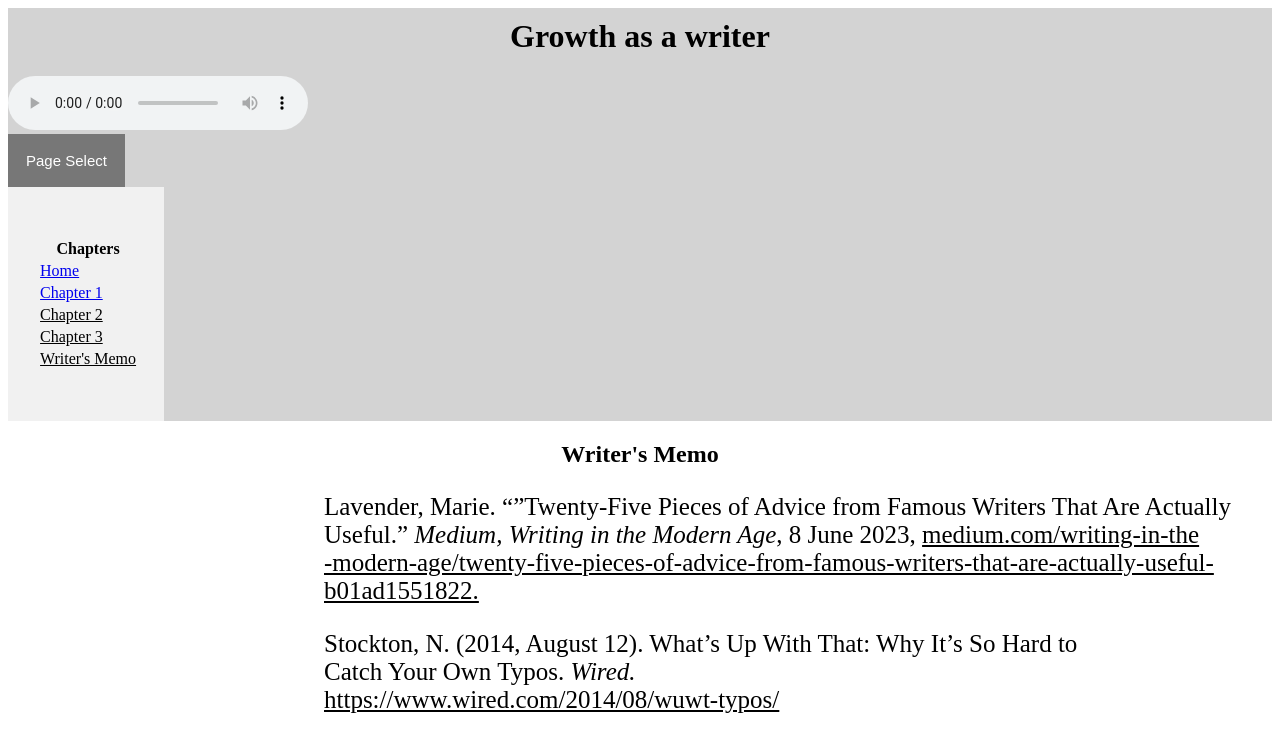
Repository: jpaisiem/WP-4
Page: WorksCited.html
An editor plug-in stored every save of this project. The page is shown before and after the next save, followed by the edit.
The browser window is 1280 px wide. The pictures show the whole page.

Above is the page before, as saved 2025-05-01 12:10:46.
Console error: TypeError: Cannot read properties of undefined (reading 'toggle')

### WorksCited.html
<!DOCTYPE html>
<html>
<head>
<meta name="viewport" content="width=device-width, initial-scale=1">
<style>
.collapsible {
  background-color: #777;
  color: white;
  cursor: pointer;
  padding: 18px;
  width: fit-content;
  border: none;
  text-align: left;
  outline: none;
  font-size: 15px;
}

.active, .collapsible:hover {
  background-color: #555;
}

.content {
  display: flex;
  flex-direction: column;
  overflow: hidden;
  background-color: #f1f1f1;
  width: fit-content;
  height: fit-content;
  padding-left: 2.3%;
  padding-right: 2%;
}
p
{
 font-size: 25px;
 text-align: left;
 margin-left:25%;
}
li
{
 font-size: 25px;
 text-align: left;
 margin-left: 5%;

}
</style>
<title>Growth as a writer - Chapter 3</title>
</head>
<body>
    <div style="background-color: lightgray; display: flex; flex-direction: column; margin-top: 0%;">
        <h1 style="text-align: center; background-color: lightgray; padding-top: 10px; margin-top: 0%;">Growth as a writer</h1>
        <div style="align-items: center;">
        <audio controls>
            <source src="audio.mp3" type="audio/mpeg">
        </audio>
        </div>
<button type="button" class="collapsible">Page Select</button>
<div class="content">
  <p><table>
    <tr>
        <th>Chapters</th>
    </tr>
    <tr>
        <td><a href="index.html">Home</a></td>
    </tr>
    <tr>
        <td><a href="Chapter1.html">Chapter 1</a></td>
    </tr>
     <tr>
        <td><a href="Chapter2.html" style="color: black;">Chapter 2</a></td>
    </tr>
    <tr>
        <td><a href="Chapter3.html" style="color: black;">Chapter 3</a></td>
    </tr>
    <tr>
        <td><a href="WritersMemo.html" style="color: black;">Writer&apos;s Memo</a></td>
    </tr>
  </table></p>
</div>
    </div>
<div style="text-align: center;">
     <h2 style="text-align: center;">Writer&apos;s Memo</h2>
     <p>
    Lavender, Marie. <q></q>Twenty-Five Pieces of Advice from Famous Writers That Are Actually <br>
    Useful.” <i>Medium, Writing in the Modern Age</i>, 8 June 2023, <u>medium.com/writing-in-the<br>
    -modern-age/twenty-five-pieces-of-advice-from-famous-writers-that-are-actually-useful-<br>
    b01ad1551822.</u><br>
</p>
<p>
  Stockton, N. (2014, August 12). What’s Up With That: Why It’s So Hard to <br>
  Catch Your Own Typos. <i>Wired.</i> <br>
  <u>https://www.wired.com/2014/08/wuwt-typos/</u><br>
</p>
</div>
<script>
var coll = document.getElementsByClassName("collapsible");
var i;

for (i = 0; i < coll.length; i++) {
  coll[i].addEventListener("click", function() {
    this.classList.toggle("active");
    var content = this.nextElementSibling;
    if (content.style.display === "block") {
      content.style.display = "none";
    } else {
      content.style.display = "block";
    }
  });
}
if(location.reload){
    this.classList.toggle("collapsible");
}
</script>

</body>
</html>

After the next save:
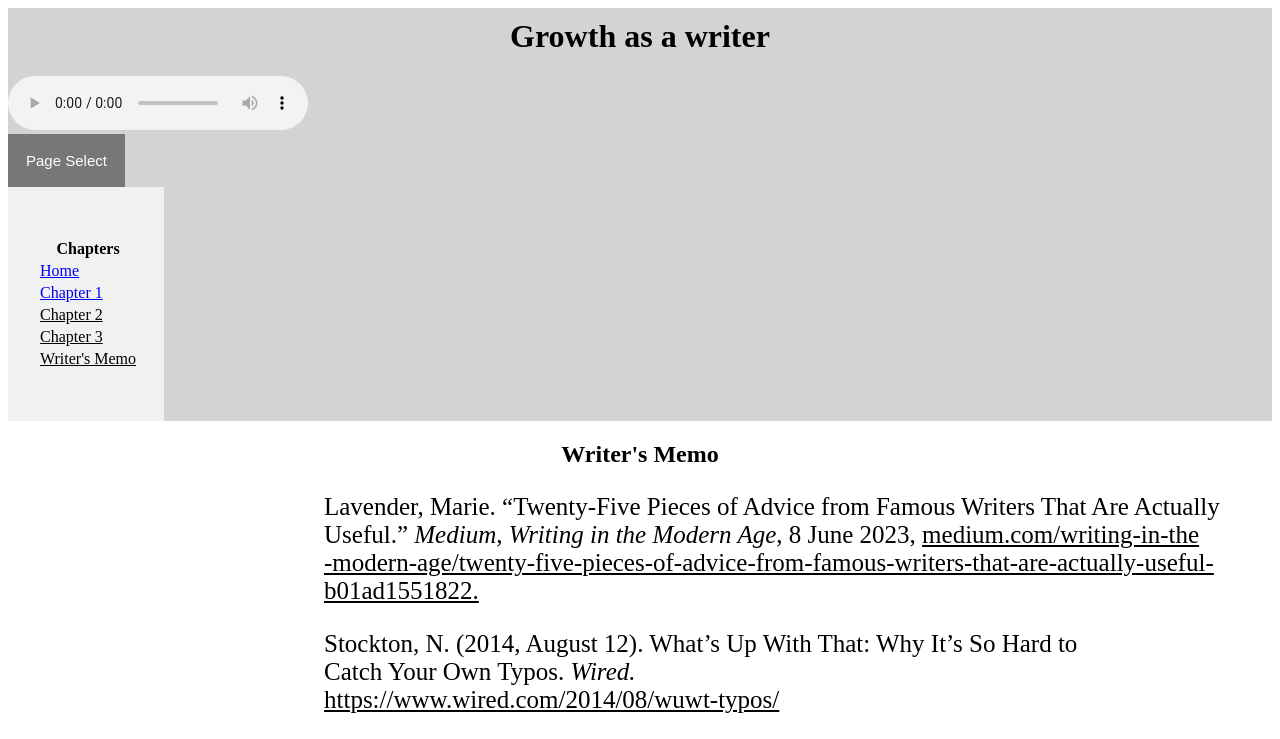
Saved 4 s later.
--- a/WorksCited.html
+++ b/WorksCited.html
@@ -80,8 +80,8 @@ li
 <div style="text-align: center;">
      <h2 style="text-align: center;">Writer&apos;s Memo</h2>
      <p>
-    Lavender, Marie. <q></q>Twenty-Five Pieces of Advice from Famous Writers That Are Actually <br>
-    Useful.” <i>Medium, Writing in the Modern Age</i>, 8 June 2023, <u>medium.com/writing-in-the<br>
+    Lavender, Marie. <q>Twenty-Five Pieces of Advice from Famous Writers That Are Actually <br>
+    Useful.</q> <i>Medium, Writing in the Modern Age</i>, 8 June 2023, <u>medium.com/writing-in-the<br>
     -modern-age/twenty-five-pieces-of-advice-from-famous-writers-that-are-actually-useful-<br>
     b01ad1551822.</u><br>
 </p>
